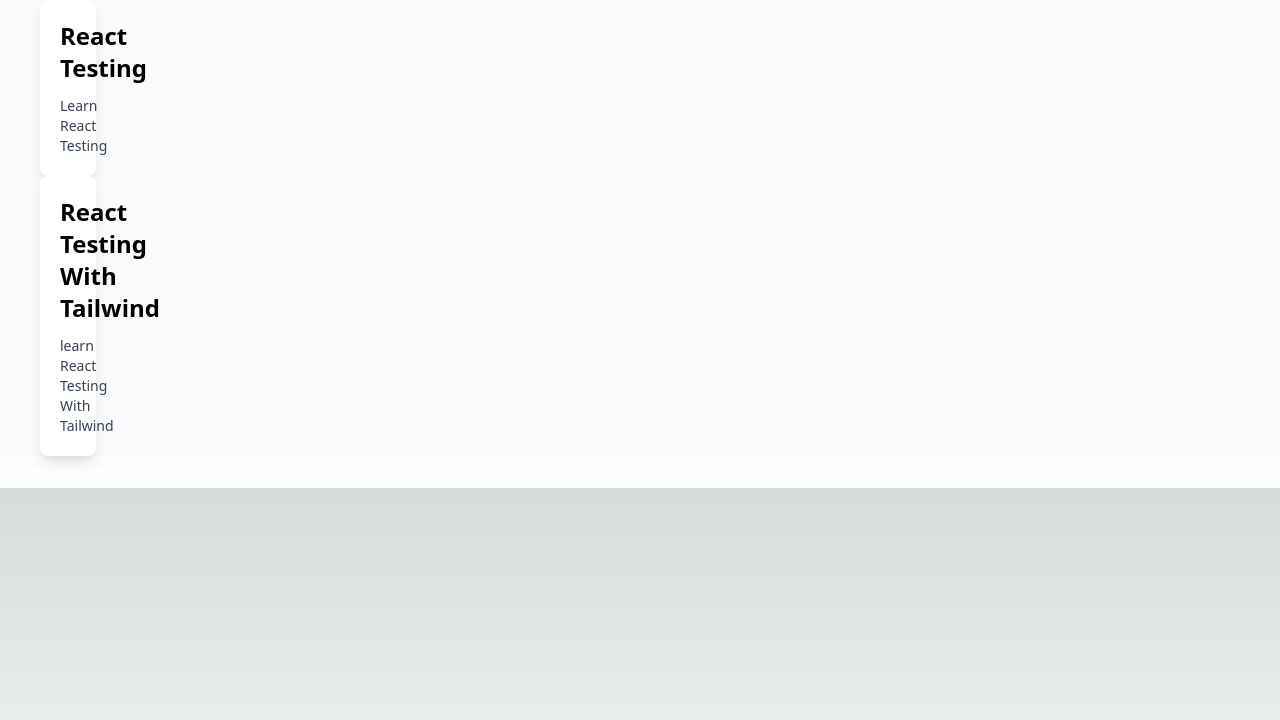
Repository: AlgoHussle/algo-blog
Page: /
The author's editor kept a copy of each file at every save. The page is drawn from the files as they stood at one save, then again after the next save.
The browser window is 1280 px wide. The pictures show the whole page.
The project was rebuilt for these pictures with package versions that can differ from the ones it lists, and the page was loaded fresh each time. The framework's server and built-in components were replaced by stand-ins that run in the browser. Also part of the build but not shown: next.config.js.

Above is the page before, as saved 2023-05-03 21:30:19.

### pages/index.js

import Head from 'next/head'

const posts = [
  { title: 'React Testing', excerpt: 'Learn React Testing'},
  { title: 'React Testing With Tailwind', excerpt: 'learn React Testing With Tailwind'},
];

export default function Home() {
  return (
    <div className='container mx-auto px-10 mb-8 bg-gray-50'>
      <Head>
        <title>CMS Blog</title>
        <link rel="icon" href="/favicon.ico" />
      </Head>
      <div className='grid grid-cols-1 lg:grid-cols-12 gap-12'>
        <div>

        {posts.map((post, index) => (
          <div key={index} className='col-span-1 lg:col-span-6'>
            <div className='bg-white rounded-lg shadow-lg p-5'>
              <h3 className='text-2xl font-bold mb-3'>{post.title}</h3>
              <p className='text-gray-700 text-sm'>{post.excerpt}</p>
            </div>
          </div>
        ))}
        </div>
      <div className='lg:col-span-4 col-span-1'>

      </div>
      </div>

      </div>
  )
}

Loaded but not shown: pages/_app.js (common file); pages/_document.js (common file); styles/globals.css (common file); tailwind.config.js (common file)

After the next save:
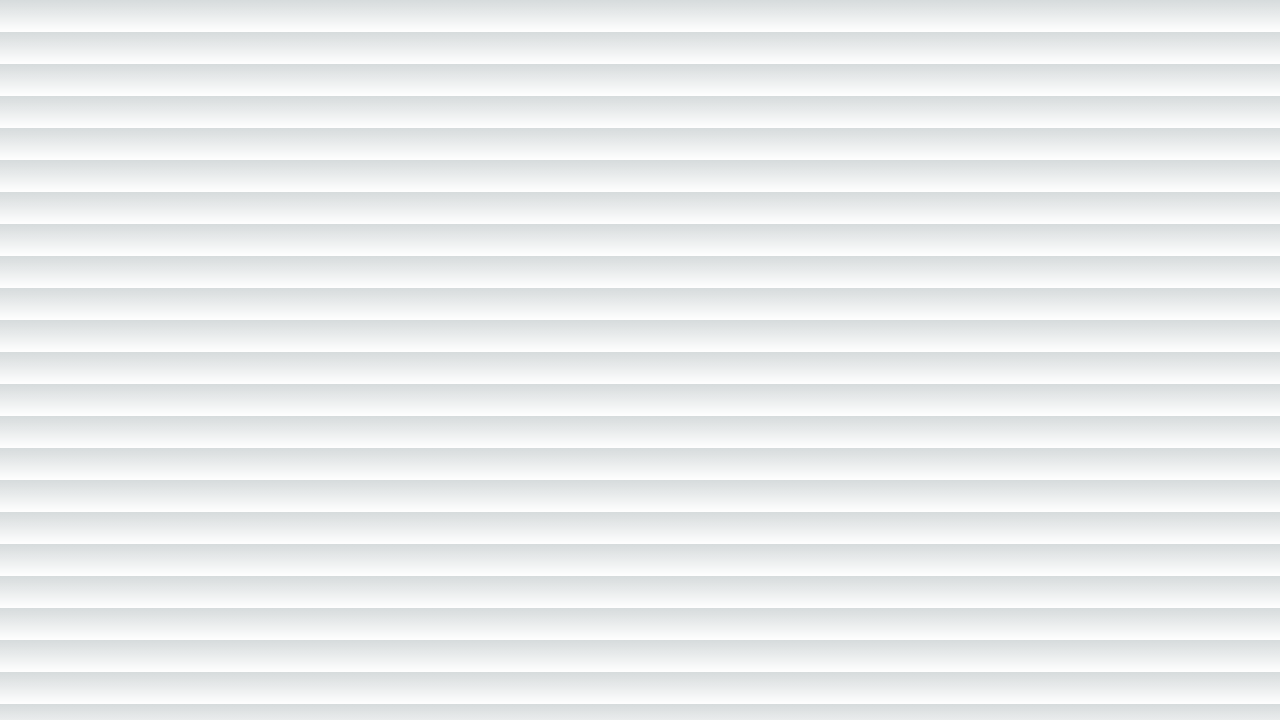
Saved 28 s later.
--- a/pages/index.js
+++ b/pages/index.js
@@ -18,10 +18,7 @@
 
         {posts.map((post, index) => (
           <div key={index} className='col-span-1 lg:col-span-6'>
-            <div className='bg-white rounded-lg shadow-lg p-5'>
-              <h3 className='text-2xl font-bold mb-3'>{post.title}</h3>
-              <p className='text-gray-700 text-sm'>{post.excerpt}</p>
-            </div>
+
           </div>
         ))}
         </div>
